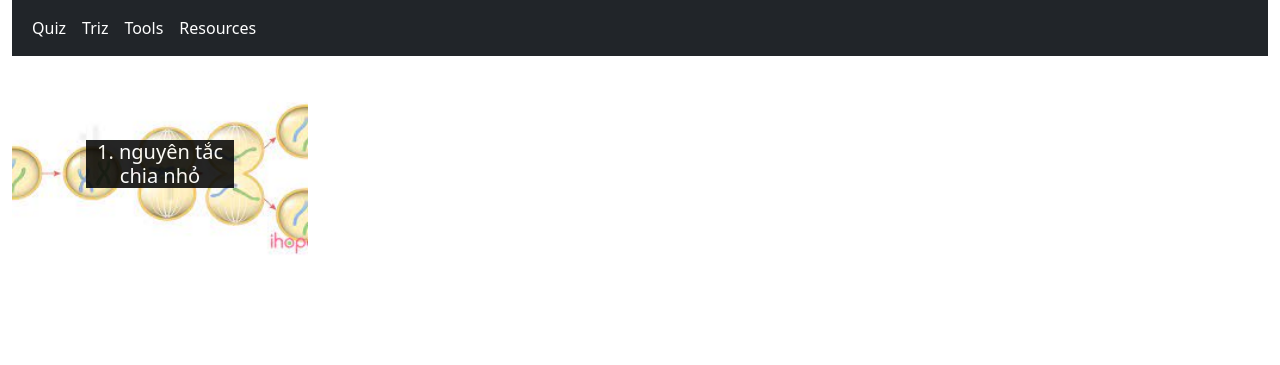
Repository: tran-thien-nhan/quiz_tlln
Page: triz_blog.html
The author's editor kept a copy of each file at every save. The page is drawn from the files as they stood at one save, then again after the next save.
The browser window is 1280 px wide. The pictures show the whole page.

Above is the page before, as saved 2023-06-26 16:03:11.

### triz_blog.html
<!DOCTYPE html>
<html>

<head>
    <title>TLLN QUIZ</title>
    <link rel="stylesheet" href="https://cdn.jsdelivr.net/npm/bootstrap@5.3.0/dist/css/bootstrap.min.css">
    <style>
        .thumbnail-container {
            position: relative;
            width: 100%;
            height: 200px;
            /* Cập nhật chiều cao ở đây */
            overflow: hidden;
        }

        .thumbnail {
            opacity: 0.7;
            transition: opacity 0.3s ease;
            width: 100%;
            height: 100%;
            object-fit: cover;
        }

        .thumbnail:hover {
            opacity: 1;
        }

        .title {
            position: absolute;
            top: 50%;
            left: 50%;
            transform: translate(-50%, -50%);
            color: white;
            background-color: black;
            opacity: 0.85;
            font-size: 20px;
            text-align: center;
            width: fit-content;
        }
    </style>
</head>

<body>
    <div class="container-fluid">
        <!-- phần menu -->
        <nav class="navbar navbar-expand-sm bg-dark navbar-dark text-white">
            <div class="container-fluid">
                <ul class="navbar-nav">
                    <li class="nav-item">
                        <a class="nav-link active" href="index.html">Quiz</a>
                    </li>
                    <li class="nav-item">
                        <a class="nav-link text-white" href="triz_blog.html">Triz</a>
                    </li>
                    <li class="nav-item">
                        <a class="nav-link text-white" href="#">Tools</a>
                    </li>
                    <li class="nav-item">
                        <a class="nav-link text-white" href="resources_blog.html">Resources</a>
                    </li>
                </ul>
            </div>
        </nav>
        <!-- end phần menu -->
        <div class="row mt-2">
            <div class="col-md-3">
                <a href="https://www.notion.so/aptech-ttn/nguy-n-t-c-chia-nh-c8f76dc5162e4cd69038d5a52be76817?pvs=4" target="_blank">
                    <div class="thumbnail-container">
                        <img src="img/triz/chia_nho.jfif" class="thumbnail img-fluid" alt="Ảnh 1">
                        <h5 class="title">1. nguyên tắc chia nhỏ</h5>
                    </div>
                </a>
            </div>

        </div>
    </div>

    <script src="https://cdn.jsdelivr.net/npm/bootstrap@5.3.0/dist/js/bootstrap.bundle.min.js"></script>
</body>

</html>

After the next save:
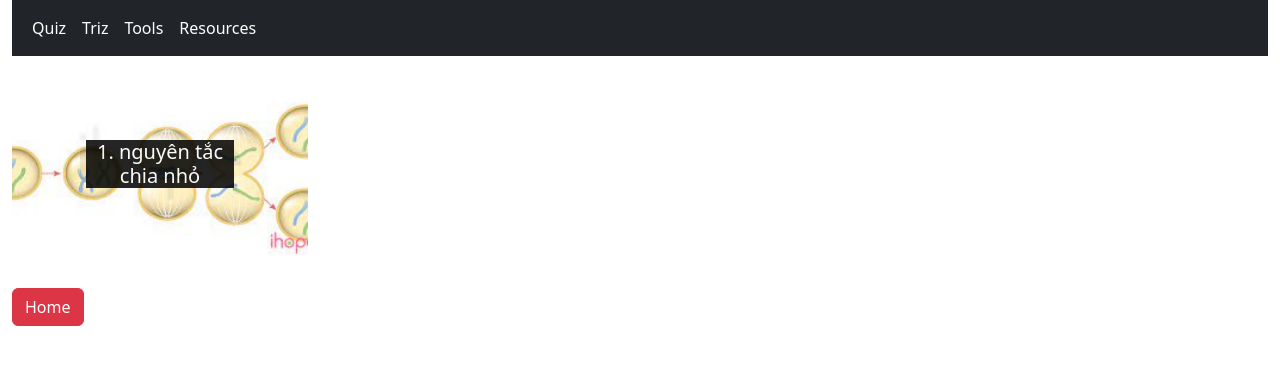
Saved 9 s later.
--- a/triz_blog.html
+++ b/triz_blog.html
@@ -74,7 +74,8 @@
 
         </div>
     </div>
-
+    <br>
+    <a href="index.html" class="btn btn-danger" style="margin-left: 0.75rem;">Home</a>
     <script src="https://cdn.jsdelivr.net/npm/bootstrap@5.3.0/dist/js/bootstrap.bundle.min.js"></script>
 </body>
 
